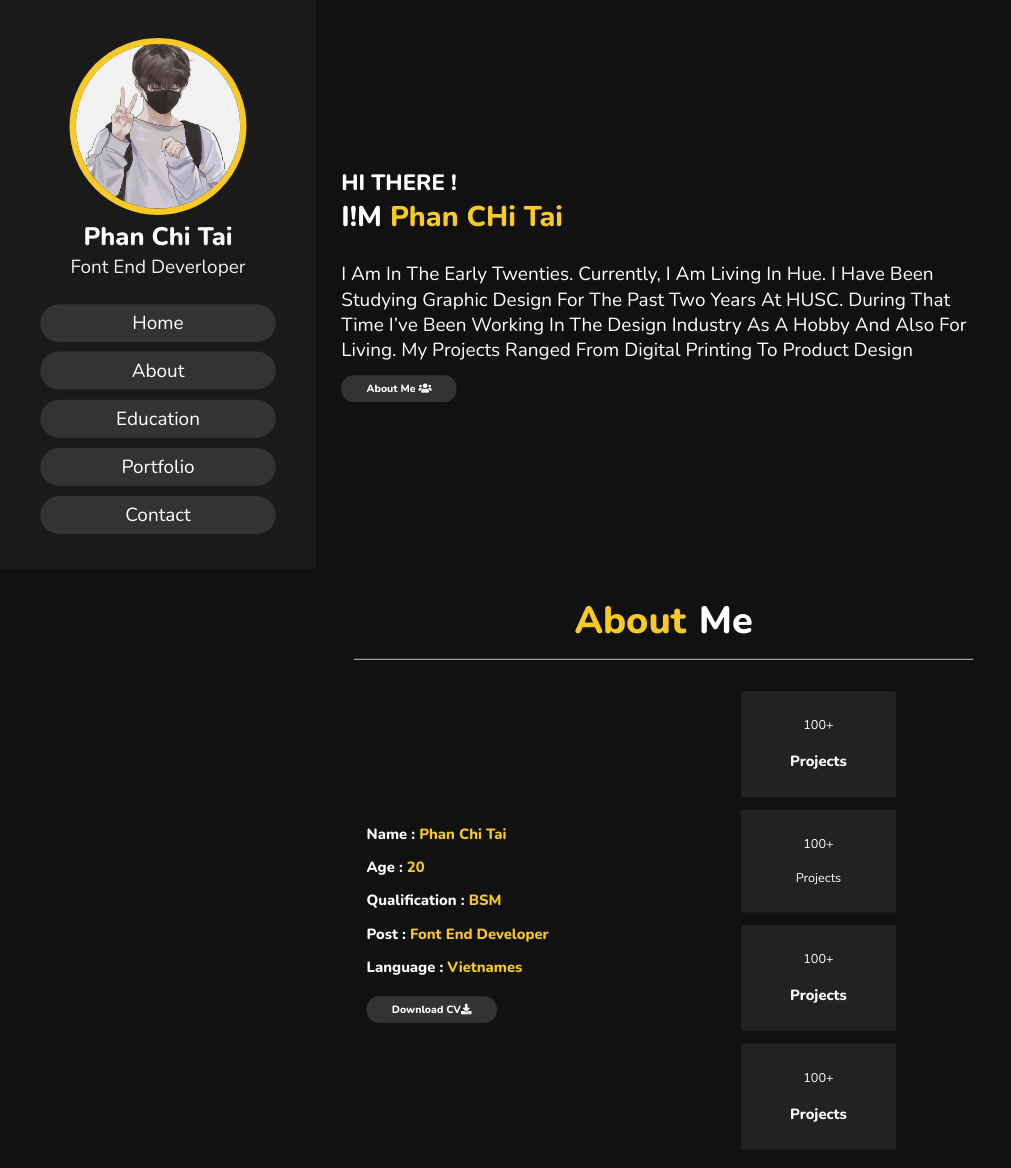
Repository: PCTai/My-profile
Page: index.html
These files come from the project's save history. The page is drawn as it stood at one moment and after the next save; the edit follows.
The browser window is 1280 px wide. The pictures show the whole page, at 79% of full size.

Above is the page before, as saved 2021-11-26 09:20:37.

After the next save:
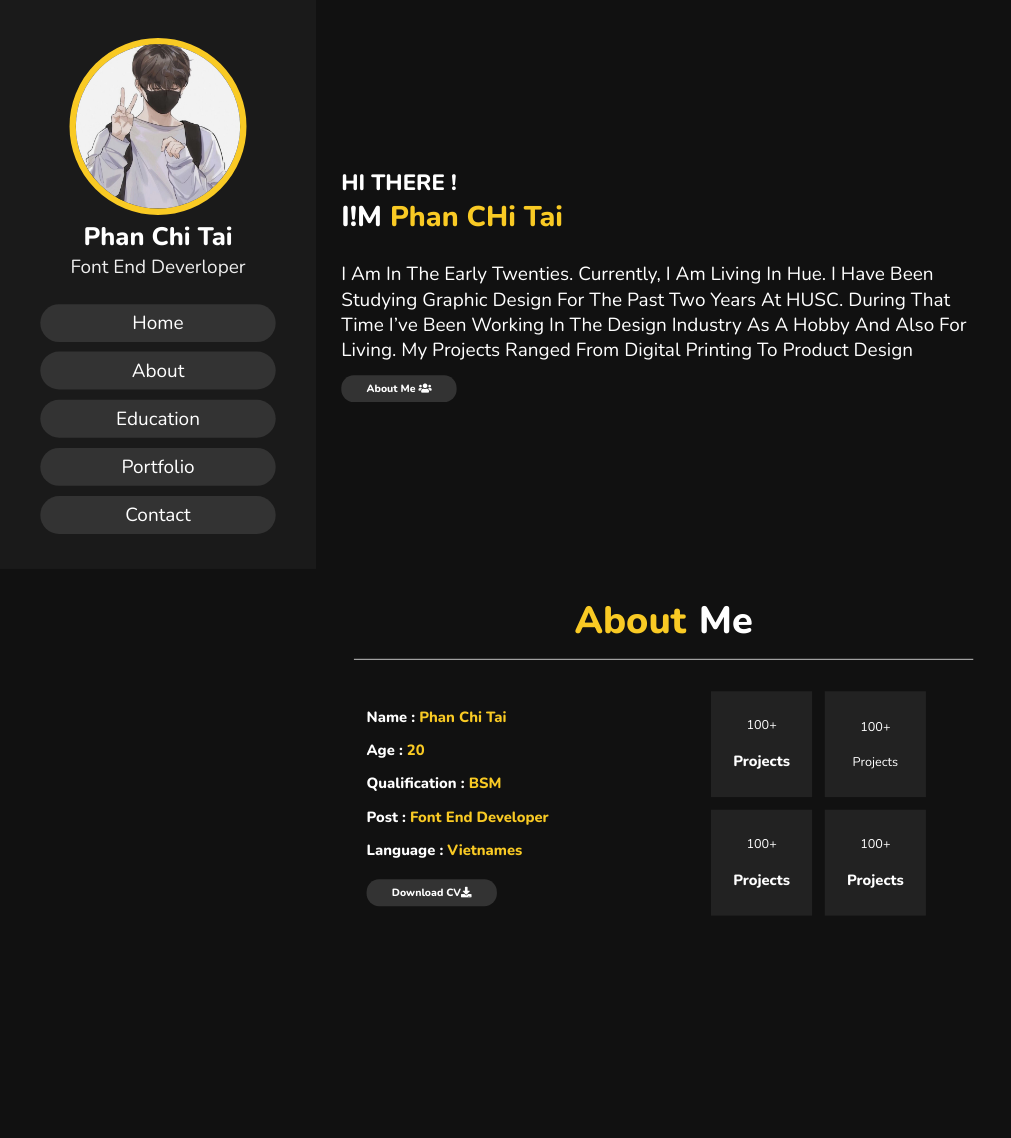
Saved 26 s later.
--- a/assets/css/style.css
+++ b/assets/css/style.css
@@ -180,7 +180,7 @@ section{
 }
 .box{
     background-color: #222;
-    width: 50%;
+    width: 8rem;
     padding: 2rem 0;
     text-align: center;
     margin: 0.5rem;
